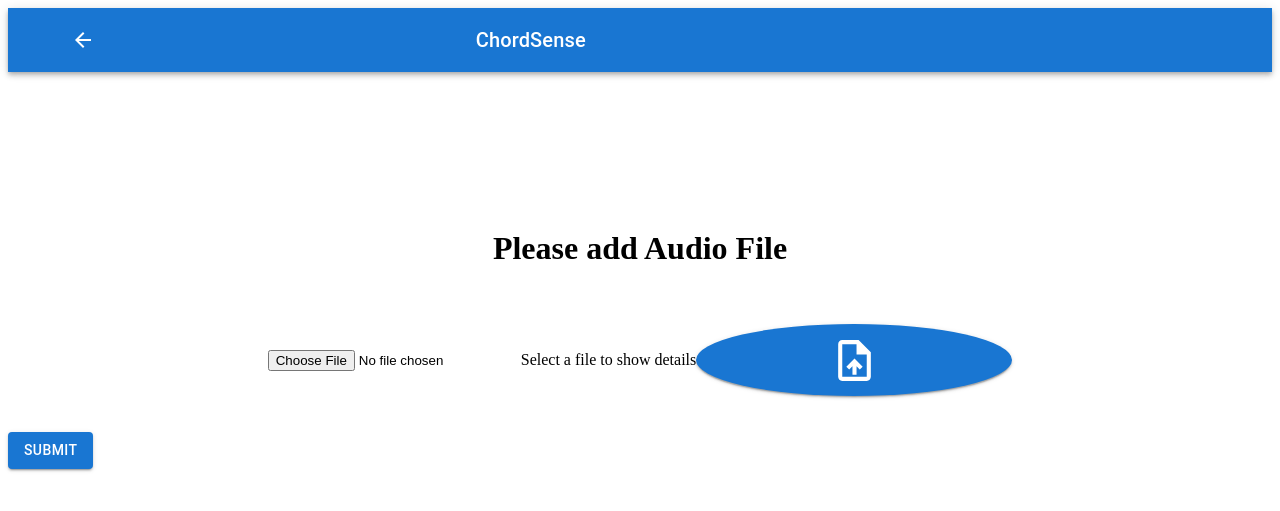
Repository: shamu332/ChordSense
Page: / (app in ui/)
An editor plug-in stored every save of this project. The page is shown before and after the next save, followed by the edit.
The browser window is 1280 px wide. The pictures show the whole page.
The project was rebuilt for these pictures with package versions that can differ from the ones it lists, and the page was loaded fresh each time. Also part of the build but not shown: ui/src/pages/Results.js.

Above is the page before, as saved 2023-03-11 15:16:32.

After the next save:
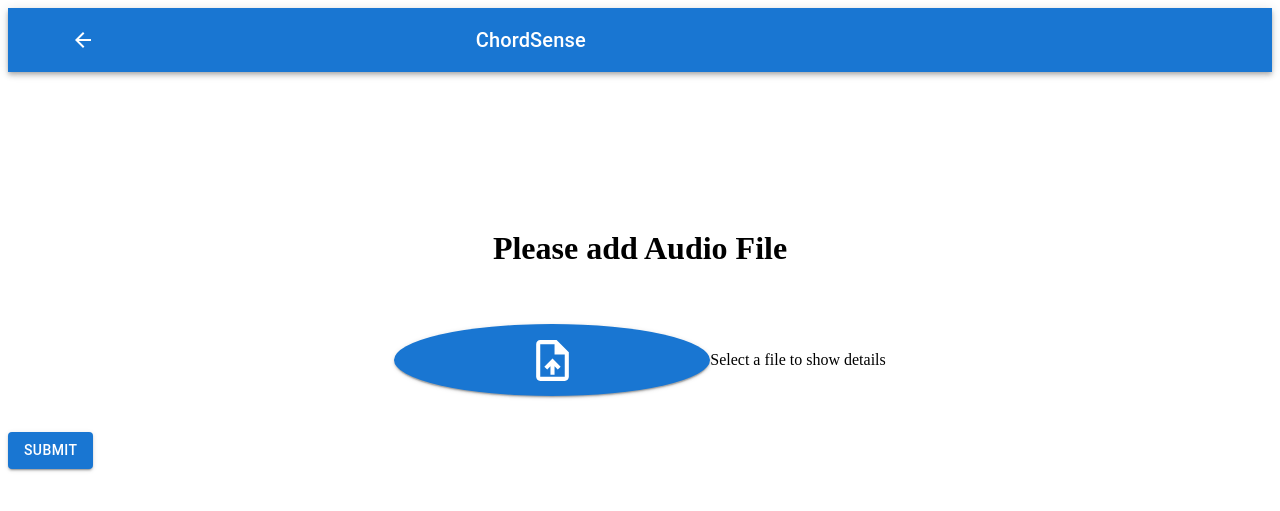
Saved 2 min 14 s later.
--- a/ui/src/pages/Landing.js
+++ b/ui/src/pages/Landing.js
@@ -61,30 +61,32 @@ const handleSubmission = () => {
               height:"20vh",
             }}
           >
-            <input type="file" name="file" onChange={changeHandler} />
-            {isFilePicked ? (
-				<div>
-					<p>Filename: {selectedFile.name}</p>
-					<p>Filetype: {selectedFile.type}</p>
-					<p>Size in bytes: {selectedFile.size}</p>
-					<p>
-						lastModifiedDate:{' '}
-						{selectedFile.lastModifiedDate.toLocaleDateString()}
-					</p>
-				</div>
-			) : (
-				<p>Select a file to show details</p>
-			)}
-            <Button variant="contained"
+            <Button
+             type="file" name="file"
+             onChange={changeHandler}
+             variant="contained"
              style={{
-                width: '25%',
-                height: '50%',
-                borderRadius: '50%'}}>
+                 width: '25%',
+                 height: '50%',
+                 borderRadius: '50%'}}>
                 <UploadFileIcon
                 style={{
                     fontSize: "350%"
                 }}></UploadFileIcon>
                 </Button>
+                {isFilePicked ? (
+                    <div>
+                        <p>Filename: {selectedFile.name}</p>
+                        <p>Filetype: {selectedFile.type}</p>
+                        <p>Size in bytes: {selectedFile.size}</p>
+                        <p>
+                            lastModifiedDate:{' '}
+                            {selectedFile.lastModifiedDate.toLocaleDateString()}
+                        </p>
+                    </div>
+                ) : (
+                    <p>Select a file to show details</p>
+                )}
           </div>
           <div
             style={{
